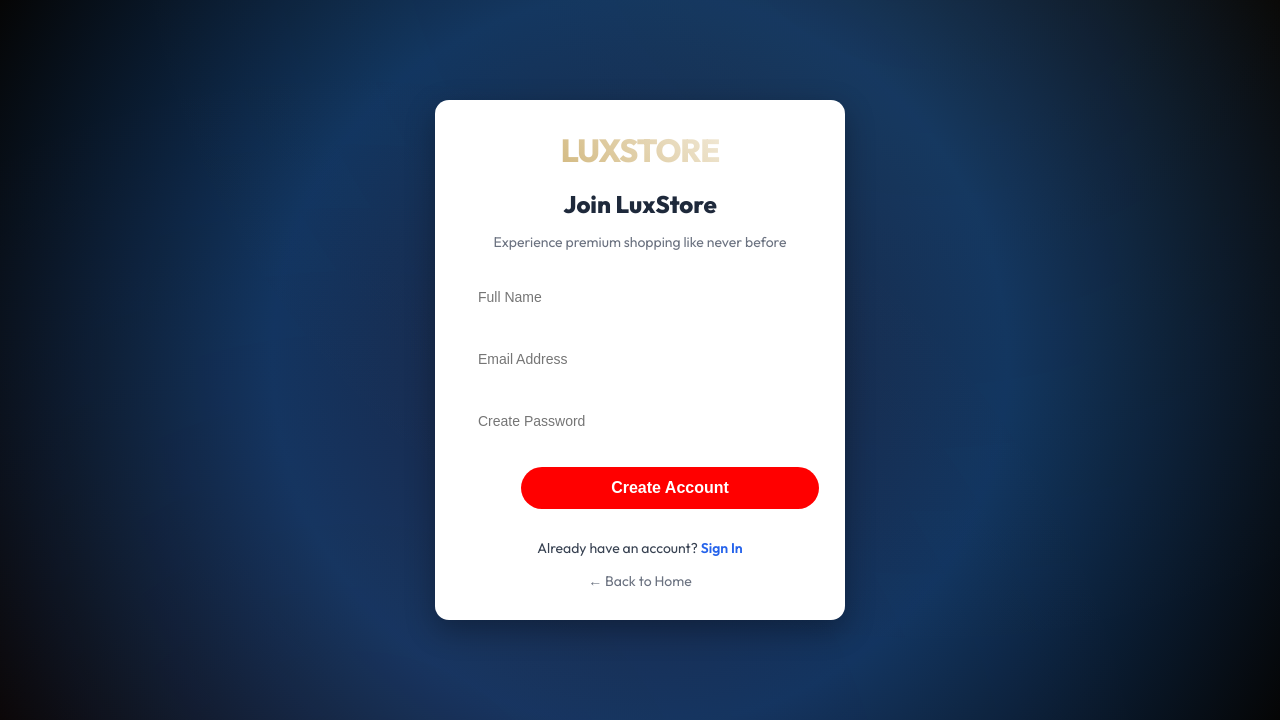
Repository: pradeepkumarh-17/Ecommerce
Page: http://localhost/EcomStore/views/auth/register.jsp
The author's editor kept a copy of each file at every save. The page is drawn from the files as they stood at one save, then again after the next save.
The browser window is 1280 px wide. The pictures show the whole page.
Some web libraries are served in a nearby version. The page is served by Tomcat 10. Other server files are loaded and not shown.

Above is the page before, as saved 2026-05-04 17:40:15.

### EcomStore/src/main/webapp/views/auth/register.jsp
<%@ page contentType="text/html; charset=UTF-8" pageEncoding="UTF-8"%>

<!DOCTYPE html>
<html>
<head>
    <meta charset="UTF-8">
    <meta name="viewport" content="width=device-width, initial-scale=1.0">
    <title>Create Account | LuxStore</title>

    <!-- Google Fonts -->
    <link rel="preconnect" href="https://fonts.googleapis.com">
    <link rel="preconnect" href="https://fonts.gstatic.com" crossorigin>
    <link href="https://fonts.googleapis.com/css2?family=Outfit:wght@300;400;600;800&display=swap" rel="stylesheet">

    <link rel="stylesheet" href="<%= request.getContextPath() %>/assets/css/auth.css">
    <link rel="stylesheet" href="<%= request.getContextPath() %>/assets/css/modern-ui.css">

    <!-- GSAP -->
    <script src="https://cdnjs.cloudflare.com/ajax/libs/gsap/3.12.2/gsap.min.js"></script>
</head>

<body class="auth-page">

    <div class="bg-animation"></div>

    <div class="auth-container container-3d">

        <div class="auth-box glass-panel">

            <div class="logo">LUX<span>STORE</span></div>
            <h2>Join LuxStore</h2>
            <p class="subtitle">Experience premium shopping like never before</p>

            <form action="<%= request.getContextPath() %>/auth" method="post" class="animated-form">

                <input type="hidden" name="action" value="register">

                <div class="input-group">
                    <input type="text" name="name" placeholder="Full Name" required>
                </div>

                <div class="input-group">
                    <input type="email" name="email" placeholder="Email Address" required>
                </div>

                <div class="input-group">
                    <input type="password" name="password" placeholder="Create Password" required>
                </div>

                <button type="submit" class="cart-btn">Create Account</button>

            </form>

            <p class="switch">
                Already have an account? <a href="<%= request.getContextPath() %>/views/auth/login.jsp">Sign In</a>
            </p>

            <a class="back-home" href="<%= request.getContextPath() %>/views/user/home.jsp">
                <span>&larr;</span> Back to Home
            </a>
        </div>

    </div>

    <script>
        document.addEventListener('DOMContentLoaded', () => {
            gsap.from('.auth-box', {
                duration: 1.2,
                y: 100,
                opacity: 0,
                scale: 0.8,
                rotationX: -20,
                ease: 'power4.out'
            });

            gsap.from('.input-group, .cart-btn', {
                duration: 1,
                x: 30,
                opacity: 0,
                stagger: 0.1,
                delay: 0.5,
                ease: 'power3.out'
            });
        });
    </script>
</body>
</html>

### EcomStore/src/main/webapp/assets/css/auth.css
body {
    margin: 0;
    font-family: 'Segoe UI', sans-serif;
    background: linear-gradient(135deg, #0f2027, #203a43, #2c5364);
    height: 100vh;
}

/* CENTER */
.auth-container {
    display: flex;
    justify-content: center;
    align-items: center;
    height: 100%;
}

/* CARD */
.auth-box {
    width: 350px;
    padding: 30px;
    background: #ffffff; /* clean white for contrast */
    border-radius: 14px;
    box-shadow: 0 10px 30px rgba(0,0,0,0.3);
    text-align: center;
}

/* TITLE */
.auth-box h2 {
    margin-bottom: 10px;
    color: #1e293b; /* dark navy */
}

/* SUBTITLE */
.subtitle {
    color: #6b7280; /* soft gray */
    font-size: 14px;
    margin-bottom: 15px;
}

/* INPUT */
.auth-box input {
    width: 100%;
    padding: 12px;
    margin: 10px 0;
    border-radius: 8px;
    border: 1px solid #d1d5db;
    font-size: 14px;
    transition: 0.3s;
}

/* INPUT FOCUS */
.auth-box input:focus {
    border-color: #3b82f6;
    box-shadow: 0 0 5px rgba(59,130,246,0.3);
    outline: none;
}

/* BUTTON */
body {
    margin: 0;
    font-family: 'Segoe UI', sans-serif;
    background: linear-gradient(135deg, #0f2027, #203a43, #2c5364);
    height: 100vh;
}

/* CENTER */
.auth-container {
    display: flex;
    justify-content: center;
    align-items: center;
    height: 100%;
}

/* CARD */
.auth-box {
    width: 350px;
    padding: 30px;
    background: #ffffff; /* clean white for contrast */
    border-radius: 14px;
    box-shadow: 0 10px 30px rgba(0,0,0,0.3);
    text-align: center;
}

/* TITLE */
.auth-box h2 {
    margin-bottom: 10px;
    color: #1e293b; /* dark navy */
}

/* SUBTITLE */
.subtitle {
    color: #6b7280; /* soft gray */
    font-size: 14px;
    margin-bottom: 15px;
}

/* INPUT */
.auth-box input {
    width: 100%;
    padding: 12px;
    margin: 10px 0;
    border-radius: 8px;
    border: 1px solid #d1d5db;
    font-size: 14px;
    transition: 0.3s;
}

/* INPUT FOCUS */
.auth-box input {
    width: 100%;
    box-sizing: border-box; /* 👈 VERY IMPORTANT */
}
/* BUTTON */
.auth-box button {
    width: 100%;
    padding: 14px;
    background: #ef1d1d;
    color: white;
    border: none;
    border-radius: 50px;
    font-size: 16px;
    font-weight: 600;
    cursor: pointer;

    display: flex;
    justify-content: center;
    align-items: center;

    margin: 20px auto 10px auto; /* 👈 CENTER FIX */
    text-align: center;
}
/* BUTTON HOVER */
.auth-box button:hover {
    background: #b91c1c; /* darker red */
}

/* SWITCH TEXT */
.switch {
    margin-top: 15px;
    font-size: 14px;
    color: #374151;
}

/* SWITCH LINK */
.switch a {
    color: #2563eb;
    font-weight: 600;
    text-decoration: none;
}

.switch a:hover {
    text-decoration: underline;
}

/* BACK HOME */
.back-home {
    display: block;
    margin-top: 15px;
    text-decoration: none;
    color: #6b7280;
    font-size: 14px;
}

.back-home:hover {
    color: #111827;
}

/* ERROR */
.error {
    color: #dc2626;
    margin-bottom: 10px;
    font-size: 14px;
}

/* SWITCH TEXT */
.switch {
    margin-top: 15px;
    font-size: 14px;
    color: #374151;
}

/* SWITCH LINK */
.switch a {
    color: #2563eb;
    font-weight: 600;
    text-decoration: none;
}

.switch a:hover {
    text-decoration: underline;
}

/* BACK HOME */
.back-home {
    display: block;
    margin-top: 15px;
    text-decoration: none;
    color: #6b7280;
    font-size: 14px;
}

.back-home:hover {
    color: #111827;
}

/* ERROR */
.error {
    color: #dc2626;
    margin-bottom: 10px;
    font-size: 14px;
}

button,
.auth-box button,
.login-btn {
    background: #ff0000 !important;
    color: #ffffff !important;
    opacity: 1 !important;
    visibility: visible !important;
    display: block !important;
    z-index: 9999 !important;
    position: relative;
}
.auth-box {
    text-align: center;
}

.auth-container {
    display: flex;
    justify-content: center;
    align-items: center;
}

.auth-box button {
    width: 85%;
    margin: 30px auto;
}

### EcomStore/src/main/webapp/assets/css/modern-ui.css
:root {
    --primary: #c5a358; /* Gold accent */
    --secondary: #1a1a2e; /* Deep dark blue */
    --accent: #e94560; /* Vibrant pink/red */
    --bg-dark: #0f3460;
    --glass: rgba(255, 255, 255, 0.05);
    --glass-border: rgba(255, 255, 255, 0.1);
    --glass-text: rgba(255, 255, 255, 0.8);
    --shadow-3d: 0 20px 40px rgba(0,0,0,0.4), 0 10px 10px rgba(0,0,0,0.2);
    --transition-fast: 0.3s cubic-bezier(0.4, 0, 0.2, 1);
    --transition-slow: 0.6s cubic-bezier(0.4, 0, 0.2, 1);
}

@import url('https://fonts.googleapis.com/css2?family=Outfit:wght@300;400;600;800&display=swap');

body {
    margin: 0;
    font-family: 'Outfit', sans-serif;
    background: #050505;
    color: #fff;
    overflow-x: hidden;
    scroll-behavior: smooth;
}

/* Animated Gradient Background */
.bg-animation {
    position: fixed;
    top: 0;
    left: 0;
    width: 100%;
    height: 100%;
    background: radial-gradient(circle at 50% 50%, #16213e 0%, #0f3460 50%, #050505 100%);
    z-index: -1;
    overflow: hidden;
}

.bg-animation::after {
    content: '';
    position: absolute;
    top: -50%;
    left: -50%;
    width: 200%;
    height: 200%;
    background: radial-gradient(circle at 30% 30%, rgba(197, 163, 88, 0.05) 0%, transparent 40%),
                radial-gradient(circle at 70% 70%, rgba(233, 69, 96, 0.05) 0%, transparent 40%);
    animation: rotateBG 20s linear infinite;
}

@keyframes rotateBG {
    0% { transform: rotate(0deg); }
    100% { transform: rotate(360deg); }
}

/* 3D Perspective Container */
.container-3d {
    perspective: 1000px;
}

/* Glassmorphism Header */
.header {
    background: rgba(15, 52, 96, 0.7) !important;
    backdrop-filter: blur(15px);
    border-bottom: 1px solid var(--glass-border);
    position: sticky;
    top: 0;
    z-index: 1000;
    padding: 15px 60px !important;
    transition: var(--transition-fast);
}

.header.scrolled {
    padding: 10px 60px !important;
    background: rgba(15, 52, 96, 0.9) !important;
}

.logo {
    font-size: 32px !important;
    background: linear-gradient(45deg, var(--primary), #fff);
    -webkit-background-clip: text;
    background-clip: text;
    -webkit-text-fill-color: transparent;
    font-weight: 800 !important;
    letter-spacing: -1px;
}

.nav-links a {
    color: var(--glass-text) !important;
    position: relative;
    font-weight: 400 !important;
    padding: 5px 10px;
    border-radius: 5px;
    transition: var(--transition-fast);
}

.nav-links a::after {
    content: '';
    position: absolute;
    bottom: 0;
    left: 50%;
    width: 0;
    height: 2px;
    background: var(--primary);
    transition: var(--transition-fast);
    transform: translateX(-50%);
}

.nav-links a:hover {
    color: #fff !important;
}

.nav-links a:hover::after {
    width: 80%;
}

/* 3D Glass Product Card */
.product-card {
    background: var(--glass) !important;
    backdrop-filter: blur(10px);
    border: 1px solid var(--glass-border) !important;
    border-radius: 20px !important;
    padding: 20px !important;
    transform-style: preserve-3d;
    transition: transform 0.5s cubic-bezier(0.23, 1, 0.32, 1), box-shadow 0.5s ease !important;
    position: relative;
}

.product-card:hover {
    transform: translateY(-10px) rotateX(5deg) rotateY(-5deg) !important;
    box-shadow: 0 30px 60px rgba(0,0,0,0.6) !important;
    border-color: var(--primary) !important;
}

.product-card img {
    border-radius: 15px !important;
    transform: translateZ(20px);
    transition: var(--transition-fast);
    box-shadow: 0 10px 20px rgba(0,0,0,0.3);
}

.product-card h3 {
    color: #fff !important;
    transform: translateZ(30px);
    margin: 15px 0 5px 0 !important;
}

.product-card .price {
    color: var(--primary) !important;
    transform: translateZ(25px);
    font-size: 20px !important;
}

.cart-btn {
    background: linear-gradient(45deg, var(--primary), #b08d42) !important;
    border: none !important;
    border-radius: 30px !important;
    color: #000 !important;
    font-weight: 700 !important;
    padding: 12px !important;
    margin-top: 15px !important;
    transform: translateZ(40px);
    transition: var(--transition-fast) !important;
    cursor: pointer;
}

.cart-btn:hover {
    background: #fff !important;
    transform: translateZ(50px) scale(1.05) !important;
    box-shadow: 0 0 20px var(--primary);
}

/* Hero Section Enhancement */
.hero {
    height: 450px !important;
    border-radius: 30px !important;
    position: relative;
    overflow: hidden;
    background: none !important;
    border: 1px solid var(--glass-border);
}

.hero::before {
    content: '';
    position: absolute;
    top: 0;
    left: 0;
    width: 100%;
    height: 100%;
    background: linear-gradient(rgba(0,0,0,0.2), rgba(0,0,0,0.8)), url('https://images.unsplash.com/photo-1441986300917-64674bd600d8?ixlib=rb-1.2.1&auto=format&fit=crop&w=1350&q=80');
    background-size: cover;
    background-position: center;
    z-index: -1;
    transition: transform 5s ease;
}

.hero:hover::before {
    transform: scale(1.1);
}

.hero h1 {
    font-size: 64px !important;
    color: #fff !important;
    text-shadow: 0 10px 20px rgba(0,0,0,0.5);
    margin-bottom: 20px !important;
}

.hero .btn {
    background: var(--primary) !important;
    color: #000 !important;
    padding: 15px 40px !important;
    border-radius: 50px !important;
    font-size: 18px !important;
    box-shadow: 0 10px 20px rgba(197, 163, 88, 0.3);
}

/* Category Cards */
.category-card {
    background: var(--glass) !important;
    border: 1px solid var(--glass-border) !important;
    color: #fff !important;
    border-radius: 15px !important;
    padding: 20px 40px !important;
    transition: var(--transition-fast) !important;
}

.category-card:hover {
    background: var(--primary) !important;
    color: #000 !important;
    transform: scale(1.1) rotate(2deg) !important;
}

/* Forms */
input, select, textarea {
    background: rgba(255,255,255,0.05) !important;
    border: 1px solid var(--glass-border) !important;
    color: #fff !important;
    border-radius: 8px !important;
    padding: 12px !important;
    transition: var(--transition-fast);
}

input:focus {
    border-color: var(--primary) !important;
    background: rgba(255,255,255,0.1) !important;
    box-shadow: 0 0 15px rgba(197, 163, 88, 0.2);
    outline: none;
}

/* Premium Scrollbar */
::-webkit-scrollbar {
    width: 8px;
}

::-webkit-scrollbar-track {
    background: #050505;
}

::-webkit-scrollbar-thumb {
    background: var(--primary);
    border-radius: 10px;
}

::-webkit-scrollbar-thumb:hover {
    background: #fff;
}

After the next save:
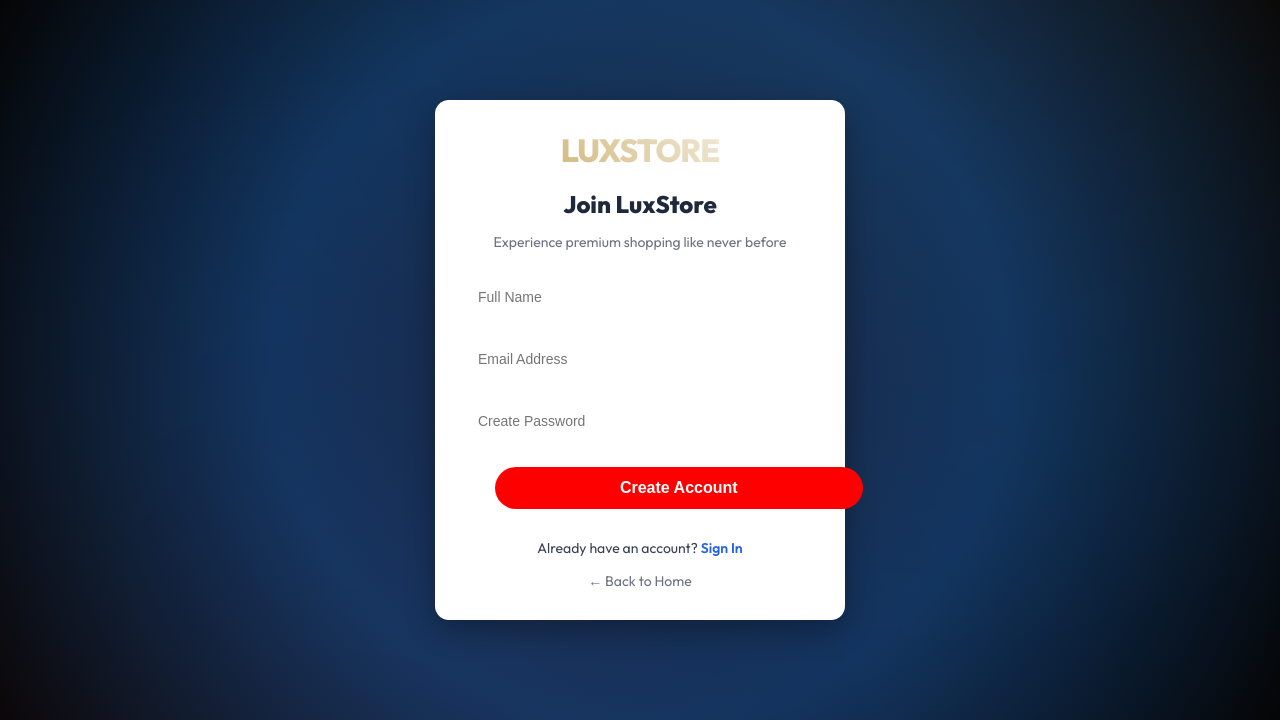
Saved 12 s later.
--- a/EcomStore/src/main/webapp/assets/css/auth.css
+++ b/EcomStore/src/main/webapp/assets/css/auth.css
@@ -231,6 +231,6 @@ button,
 }
 
 .auth-box button {
-    width: 85%;
+    width: 105%;
     margin: 30px auto;
 }
